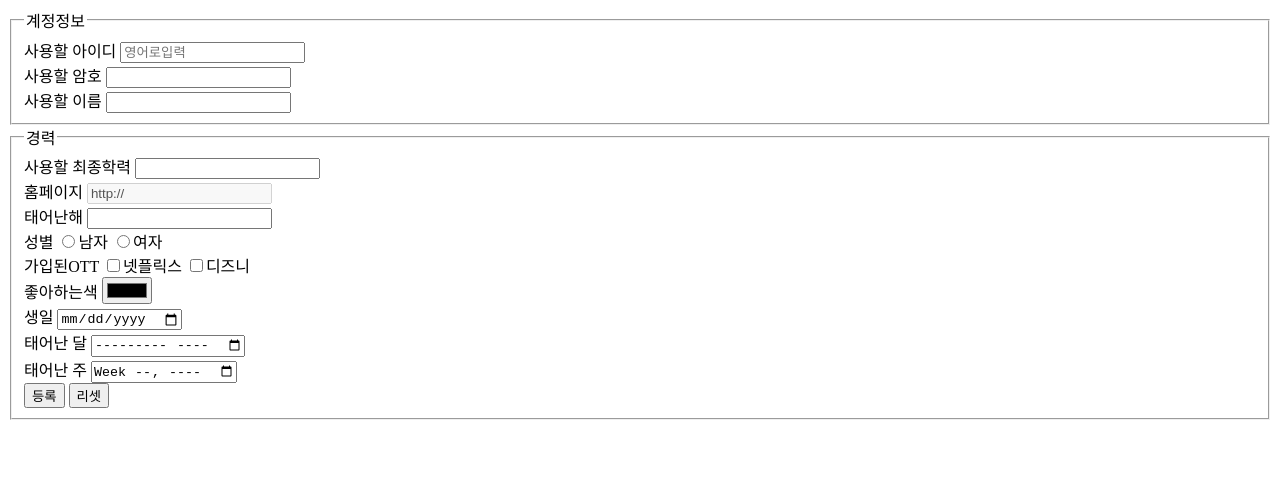
Repository: ybshim90/sesac1
Page: day_20211217_01_web/src/main/webapp/regist.html
These files come from the project's save history. The page is drawn as it stood at one moment and after the next save; the edit follows.
The browser window is 1280 px wide. The pictures show the whole page.

Above is the page before, as saved 2021-12-17 06:26:38.

### day_20211217_01_web/src/main/webapp/regist.html
<!DOCTYPE html>
<html>
	<head>
		<meta charset="UTF-8">
		<title>Insert title here</title>
	</head>
	<body>
		<form action="jsp/form1.jsp" method="get">
			<fieldset>
				<legend>계정정보</legend>
				<label> 사용할 아이디
					<input type="text" name="memid" placeholder="영어로입력" required="required">
				</label><br>

				<label for="id_pw">사용할 암호</label>
				<input type="password" name="mempw" id="id_pw"><br>

				사용할 이름
				<input type="text" name="memname" ><br>

			</fieldset>

			<fieldset>
				<legend>경력</legend>

				<label>사용할 최종학력
					<input type="search" name="keyword">
				</label><br>

				<label>홈페이지
					<input type="url" name="homepage" value="http://" readonly="readonly" disabled="disabled">
				</label><br>

				<label>태어난해
					<input type="number" name="birthYear">
				</label><br>

				<label>성별
					<input type="radio" value="male" name="gender">남자
					<input type="radio" value="female" name="gender">여자
				</label><br>

				<label>가입된OTT
					<input type="checkbox" name="ott" value="netflix">넷플릭스
					<input type="checkbox" name="ott" value="disney">디즈니
				</label><br>

				<label>좋아하는색
					<input type="color" name="color">
				</label><br>

				<label>생일
					<input type="date" name="birthdate">
				</label><br>

				<label>태어난 달
					<input type="month" name="birthmonth">
				</label><br>

				<label>태어난 주
					<input type="week" name="birth">
				</label><br>

				<input type="submit" value="등록">
				<input type="reset" value="리셋">

			</fieldset>
		</form>
	</body>
</html>

After the next save:
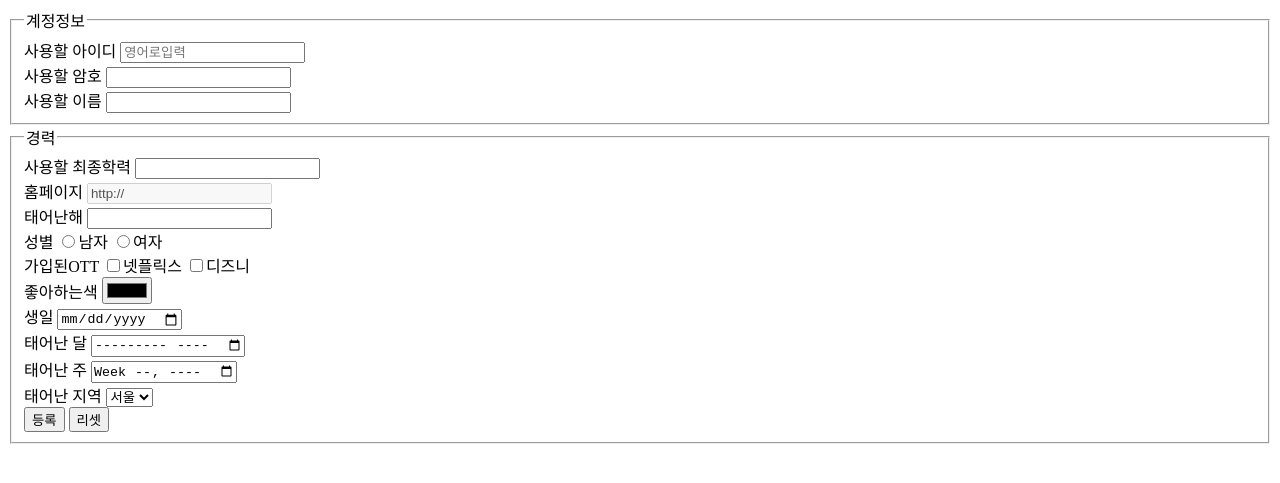
Saved 4 min 13 s later.
--- a/day_20211217_01_web/src/main/webapp/regist.html
+++ b/day_20211217_01_web/src/main/webapp/regist.html
@@ -61,6 +61,16 @@
 					<input type="week" name="birth">
 				</label><br>
 
+				<label>태어난 지역
+					<select name="birth_area">
+						<option>서울</option>
+						<option>경기</option>
+						<option>강원</option>
+						<option>충청</option>
+						<option>해외</option>
+					</select>
+				</label><br>
+
 				<input type="submit" value="등록">
 				<input type="reset" value="리셋">
 
